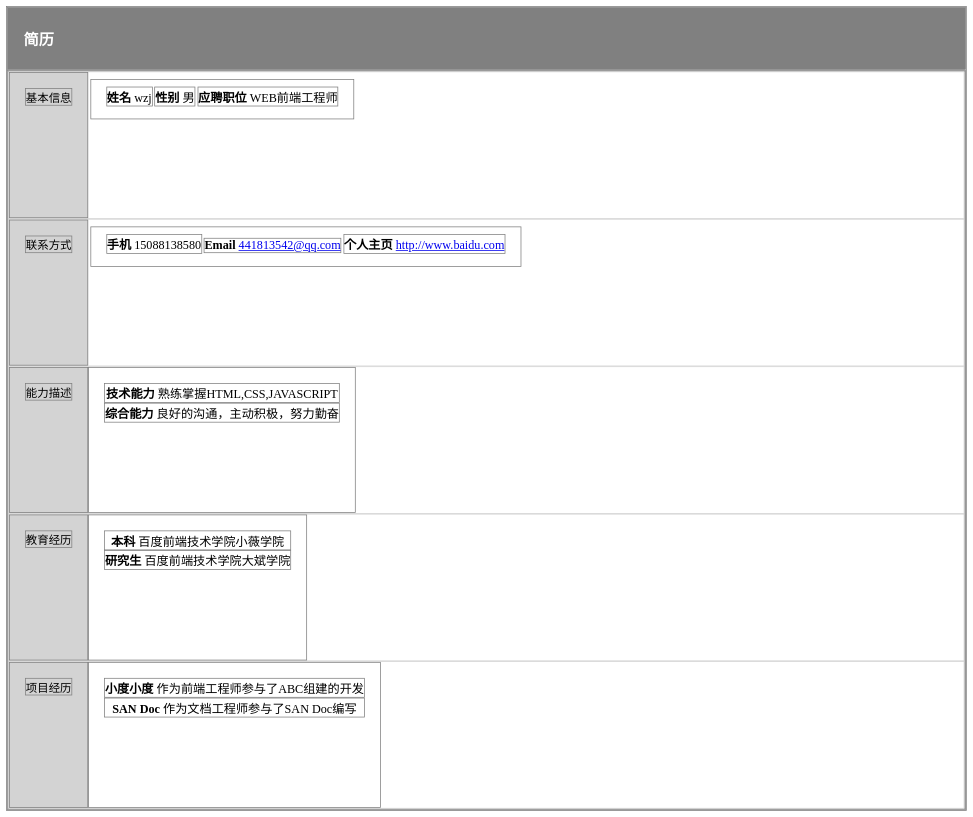
Repository: w441813542/webrecord
Page: day6_day7/jianli.html
The author's editor kept a copy of each file at every save. The page is drawn from the files as they stood at one save, then again after the next save.
The browser window is 1280 px wide. The pictures show the whole page, at 76% of full size.

Above is the page before, as saved 2021-03-09 15:11:38.

After the next save:
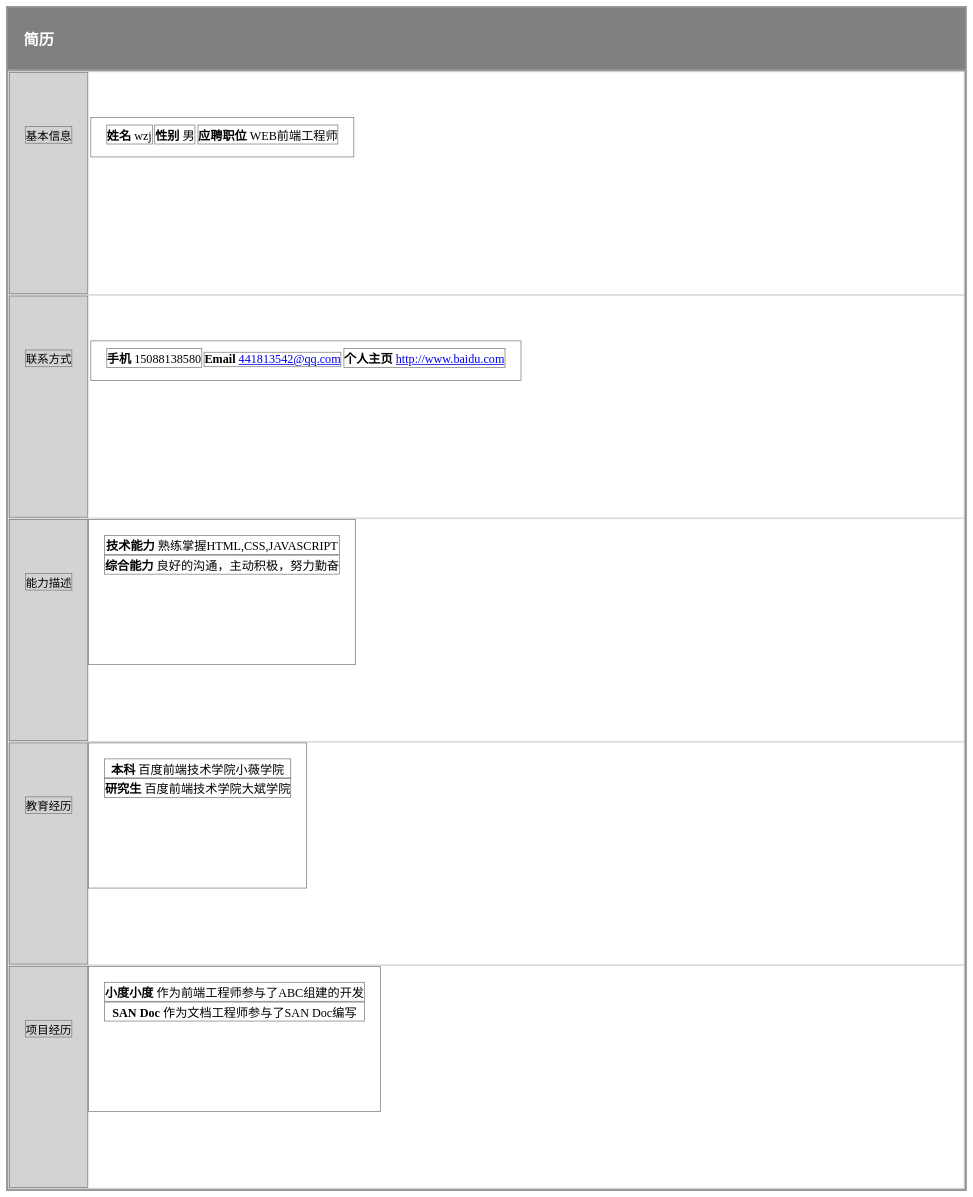
Saved 38 s later.
--- a/day6_day7/style_3.css
+++ b/day6_day7/style_3.css
@@ -37,7 +37,10 @@ html {
   .part_left{
     display: inline-block;
     text-align: center;
-    padding: 20px;
+    padding-top: 70px;
+    padding-bottom: 70px;
+    padding-left: 20px;
+    padding-right: 20px;
     height: 150px;
     background: lightgray;
   }
